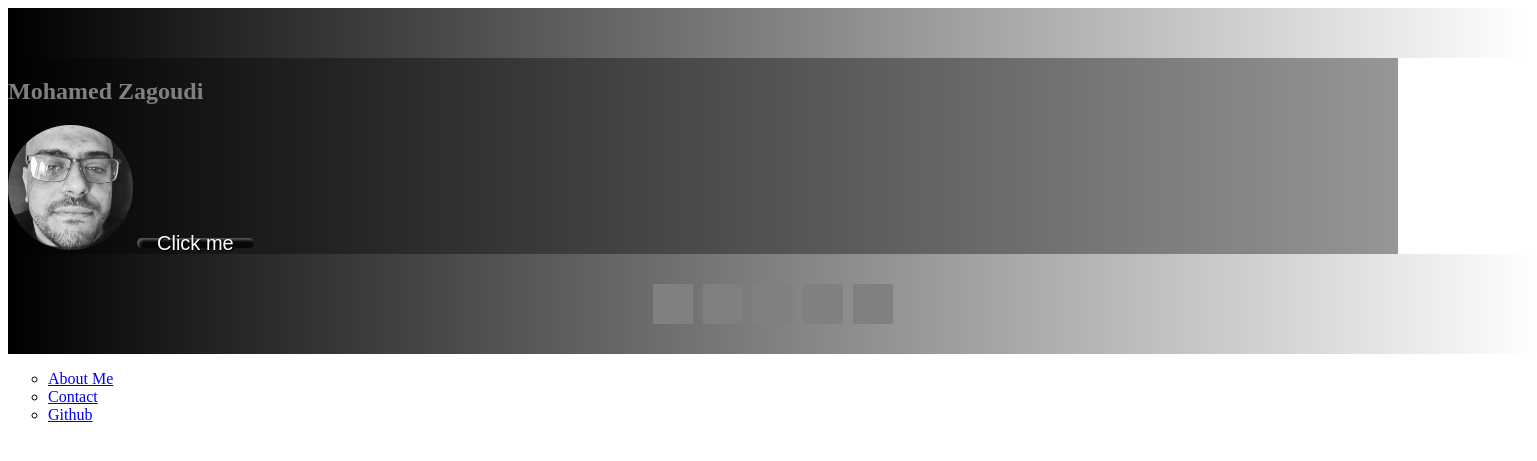
Repository: Mohzagou/Eersteportofolio
Page: index.html
An editor plug-in stored every save of this project. The page is shown before and after the next save, followed by the edit.
The browser window is 1280 px wide. The page is 1537 px wide, so the pictures cover 1537 px, including what lies to the right of the window. The pictures show the whole page.

Above is the page before, as saved 2022-06-07 23:40:17.

### index.html
<!DOCTYPE html>


<head>
    <link rel="stylesheet" href="styles.css" />
    <meta charset="UTF-8">

    <title>Document</title>
</head>

<body>

    <header></header>
    <div class="about-me">
        <h2 id="name">Mohamed Zagoudi</h2>
        <img class="avatar" src="images/67gwzvy.jpeg" alt="Mohamed Zagoudi headshot">
        <button>Click me</button>


        <section>
            <div class="test"></div>
            <div class="test"></div>
            <div class="test"></div>
            <div class="test"></div>
            <div class="test"></div>
        </section>
        <footer>
            <ul style="list-style-type: circle ">
                <li><a href=" ">About Me</a></li>
                <li><a href=" ">Contact</a></li>
                <li><a href="https://github.com/Mohzagou ">Github</a></li>

            </ul>

        </footer>



</body>



</html>

### styles.css
                            body {
                                display: flex;
                                flex-direction: column;
                            }

                            header {
                                width: 120%;
                                height: 50px;
                                background-image: linear-gradient(to right, black, grey, white);
                                /*background-color: rgb(113, 74, 145);*/
                            }

                            section {
                                width: 110%;
                                height: 100px;
                                background-image: linear-gradient(to right, black, grey, white);
                                background-color: #234def;
                                display: flex;
                                align-items: center;
                                justify-content: center;
                            }

                            .about-me {
                                width: 110%;
                                height: 200px;
                                background-image: repeating-linear-gradient(to right, black, grey, white 170%);
                                /*background-color: rgb(177, 69, 21, 0.8);*/
                                /*margin: 10px 0 10px 0;
    border: solid black 10px;
    border-radius: 15px;*/
                            }

                            .avatar {
                                width: 125px;
                                border-radius: 62px;
                                background-image: repeating-linear-gradient(to right, black, grey, 110%);
                            }

                            #name {
                                color: grey;
                            }

                            .test {
                                width: 40px;
                                height: 40px;
                                background-color: grey;
                                margin: 5px;
                            }

                            button {
                                border: 0;
                                padding: 0 20px;
                                font-size: 20px;
                                line-height: 10px;
                                color: rgb(255, 255, 255);
                                text-shadow: 1px 1px 1px #000;
                                background-color: rgb(7, 7, 7);
                                background-image: linear-gradient(to top left, rgba(250, 245, 245, 0.2), rgba(0, 0, 0, 0.2) 20%, rgba(248, 243, 243, 0), );
                                box-shadow: inset 2px 2px 3px rgba(233, 224, 224, 0.4);
                                border-radius: 10px;
                            }

After the next save:
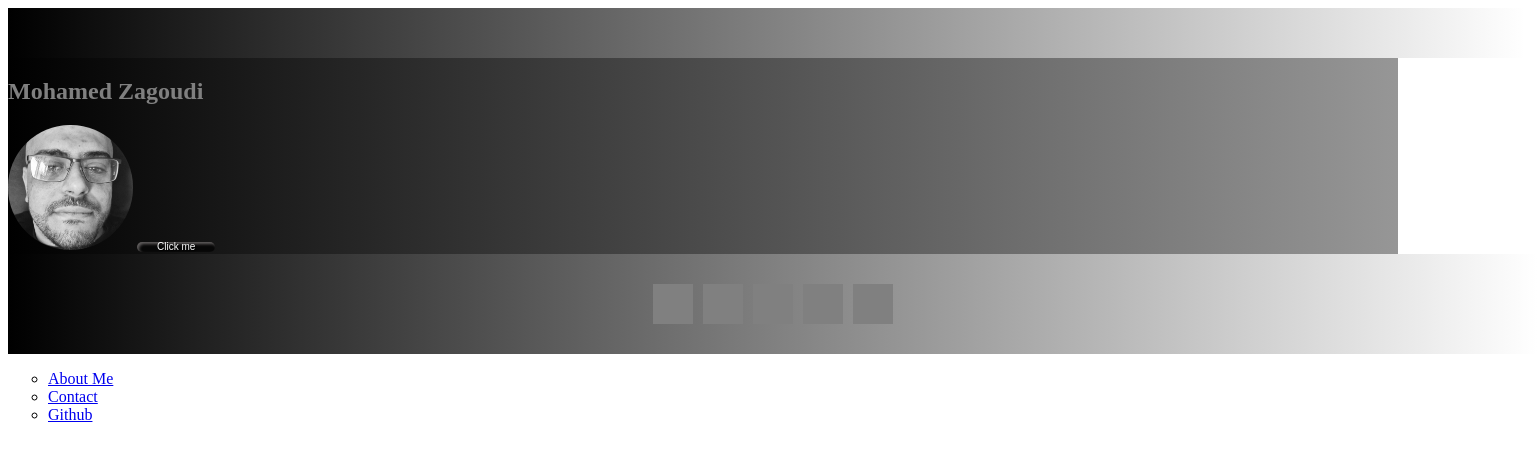
Saved 17 s later.
--- a/styles.css
+++ b/styles.css
@@ -50,7 +50,7 @@
                             button {
                                 border: 0;
                                 padding: 0 20px;
-                                font-size: 20px;
+                                font-size: 10px;
                                 line-height: 10px;
                                 color: rgb(255, 255, 255);
                                 text-shadow: 1px 1px 1px #000;
